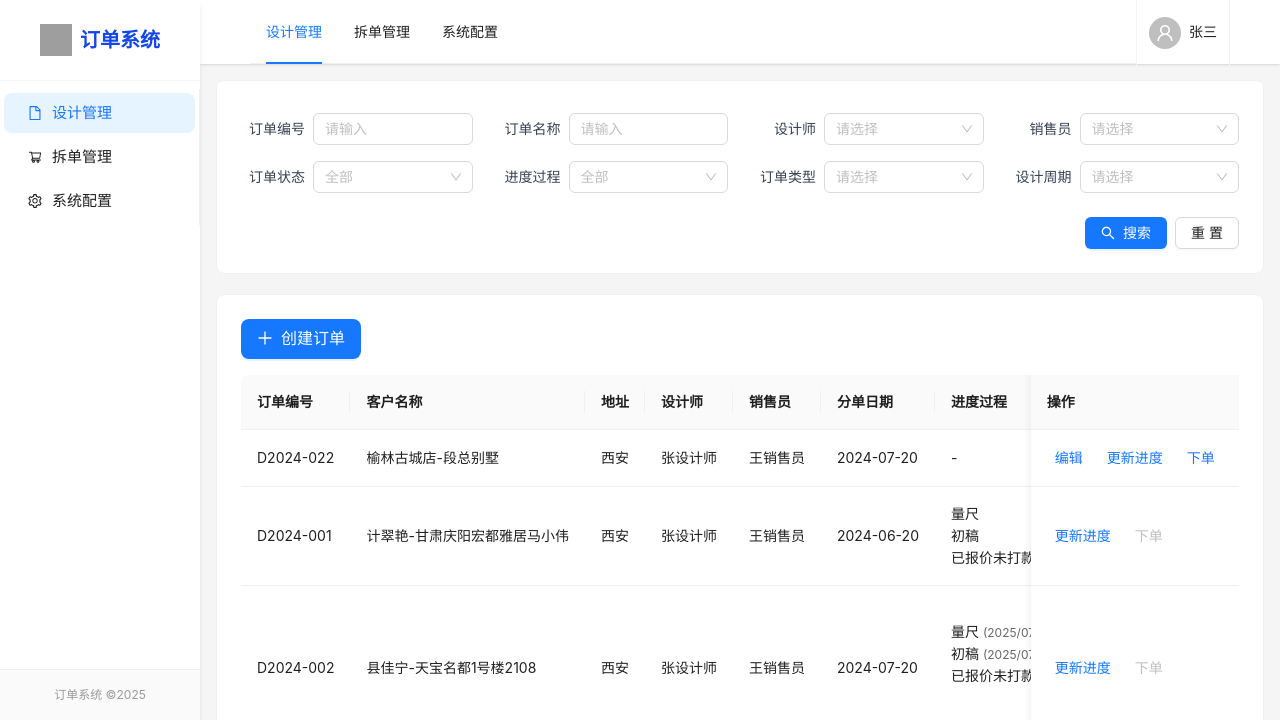
Repository: Garyxiwang/order_system
Page: /design (app in front/)
An editor plug-in stored every save of this project. The page is shown before and after the next save, followed by the edit.
The browser window is 1280 px wide. The pictures show the whole page.
Pictures or frames that could not be fetched are drawn as grey boxes. An inner scrolling area shows only its first screen. The project was rebuilt for these pictures with package versions that can differ from the ones it lists, and the page was loaded fresh each time. The framework's server and built-in components were replaced by stand-ins that run in the browser. Also part of the build but not shown: front/next.config.js, front/next.config.ts.

Above is the page before, as saved 2025-08-07 14:29:54.

After the next save:
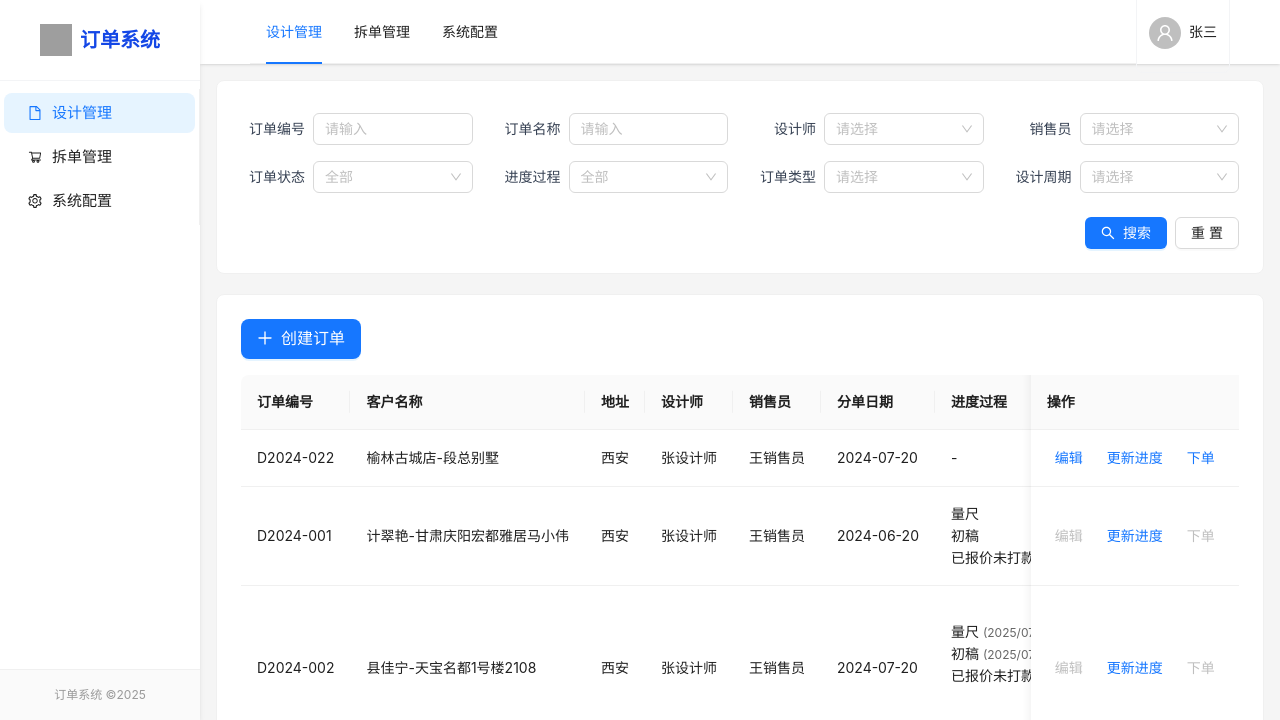
Saved 21 s later.
--- a/front/src/app/design/page.tsx
+++ b/front/src/app/design/page.tsx
@@ -366,15 +366,14 @@ const DesignPage: React.FC = () => {
       fixed: "right",
       render: (_: unknown, record: DesignOrder) => (
         <Space>
-          {record.state !== "已下单" && (
-            <Button
-              type="link"
-              size="small"
-              onClick={() => showEditModal(record)}
-            >
-              编辑
-            </Button>
-          )}
+          <Button
+            type="link"
+            size="small"
+            onClick={() => showEditModal(record)}
+            disabled={record.state === "已下单"}
+          >
+            编辑
+          </Button>
 
           <Button
             type="link"
